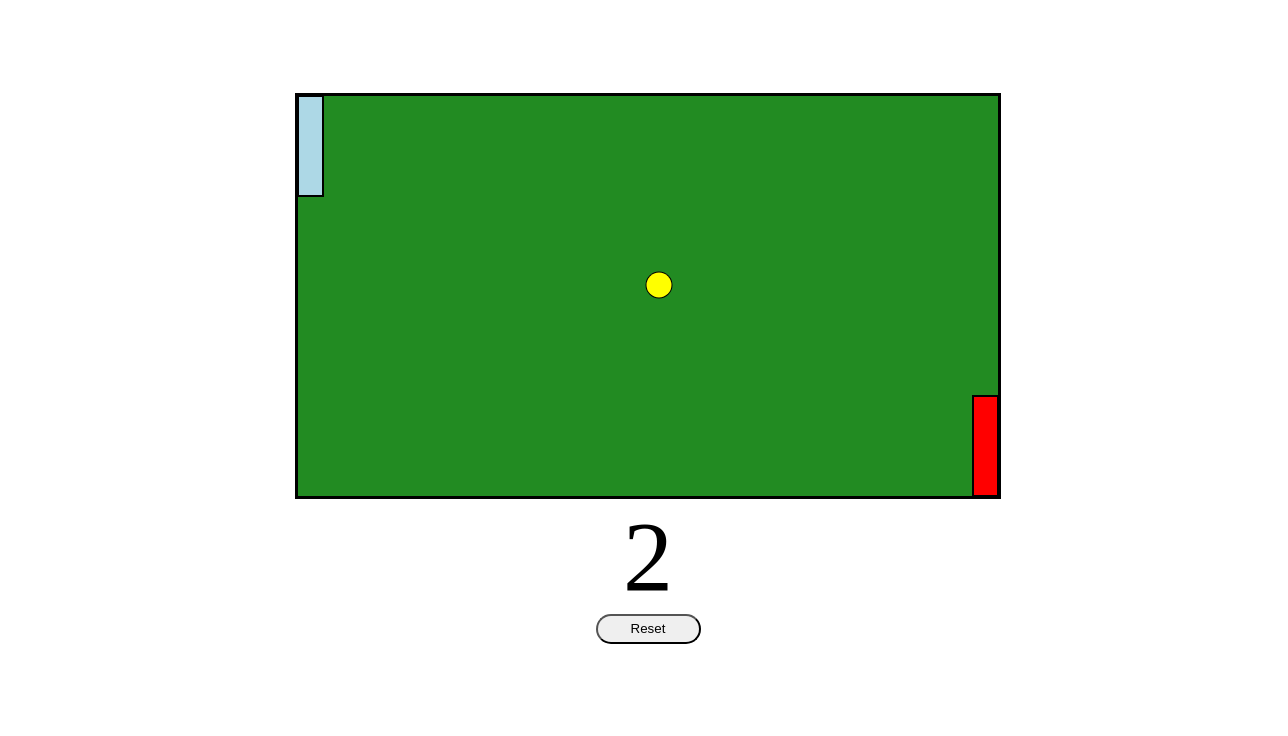
Repository: zacheys123/ping-pong
Page: index.html
These files come from the project's save history. The page is drawn as it stood at one moment and after the next save; the edit follows.
The browser window is 1280 px wide. The page is 1288 px wide, so the pictures cover 1288 px, including what lies to the right of the window. The pictures show the whole page.

Above is the page before, as saved 2023-07-01 00:34:36.

After the next save:
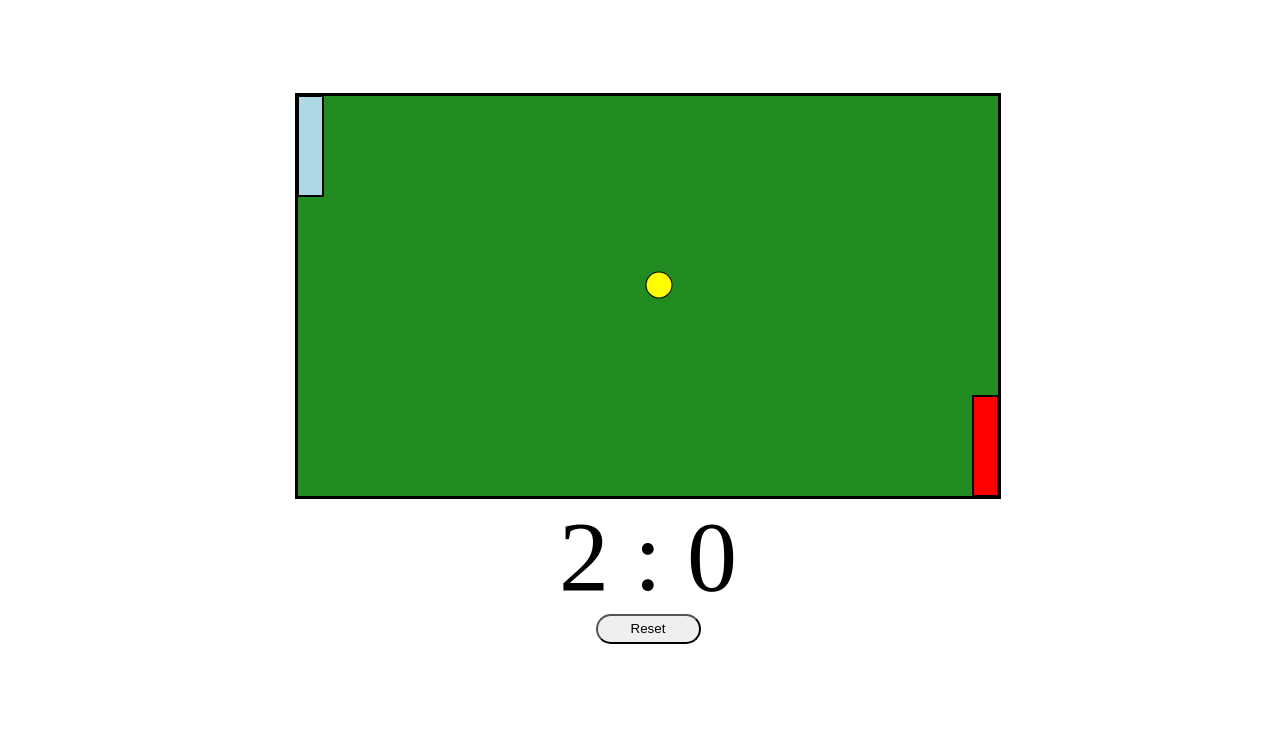
Saved 13 s later.
--- a/index.js
+++ b/index.js
@@ -139,6 +139,6 @@ function drawPaddles() {
 	ctx.strokeRect(paddle2.x, paddle2.y, paddle2.width, paddle2.height);
 }
 function updateScore() {
-	scoreText.textContent = `${player1score}`;
+	scoreText.textContent = `${player1score} : ${player2score}`;
 }
 function reset() {}
